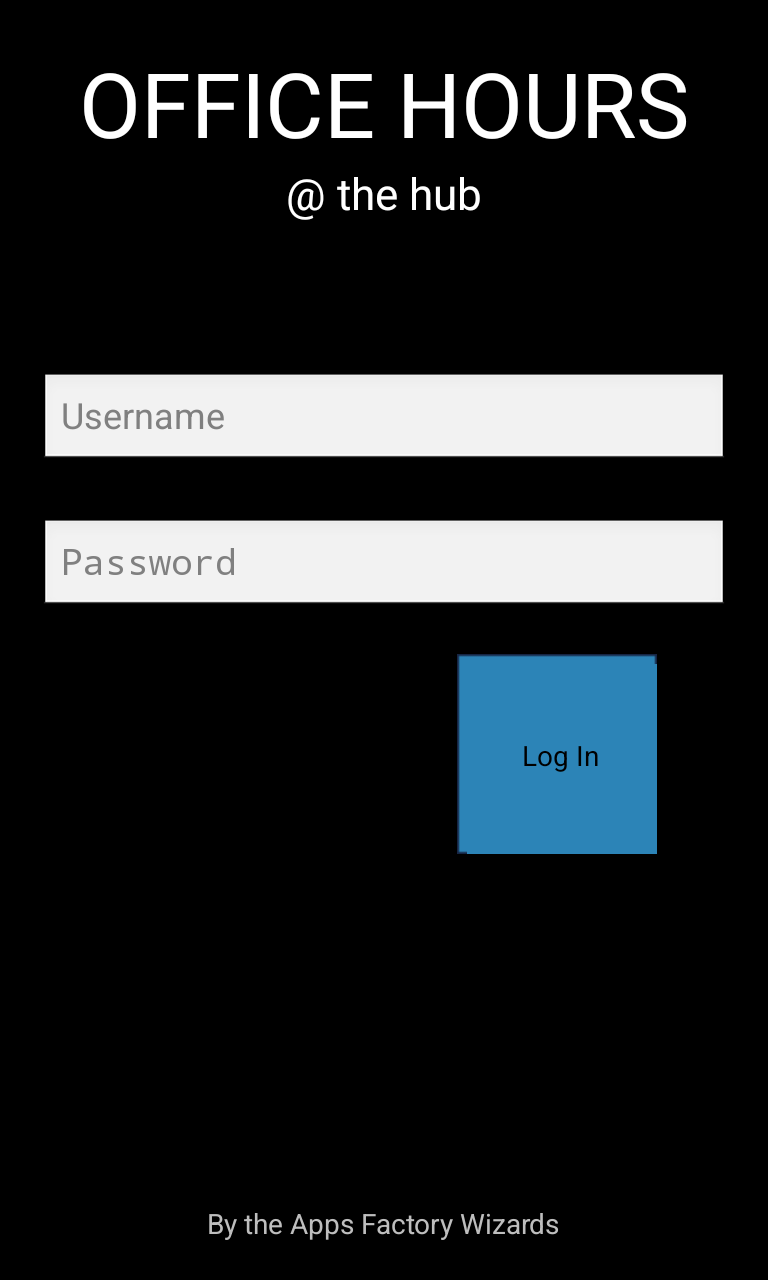
Repository: appsfactory/OfficeHours
Layout: OfficeHoursClient/res/layout/activity_log__in.xml
The author's editor kept a copy of each file at every save. The layout is drawn from the files as they stood at one save, then again after the next save.
It is drawn on a 768 x 1280 px phone screen (xhdpi) without system bars, with theme AppTheme; the app's code is not run.

Above is the layout before, as saved 2012-10-05 17:57:37.

After the next save:
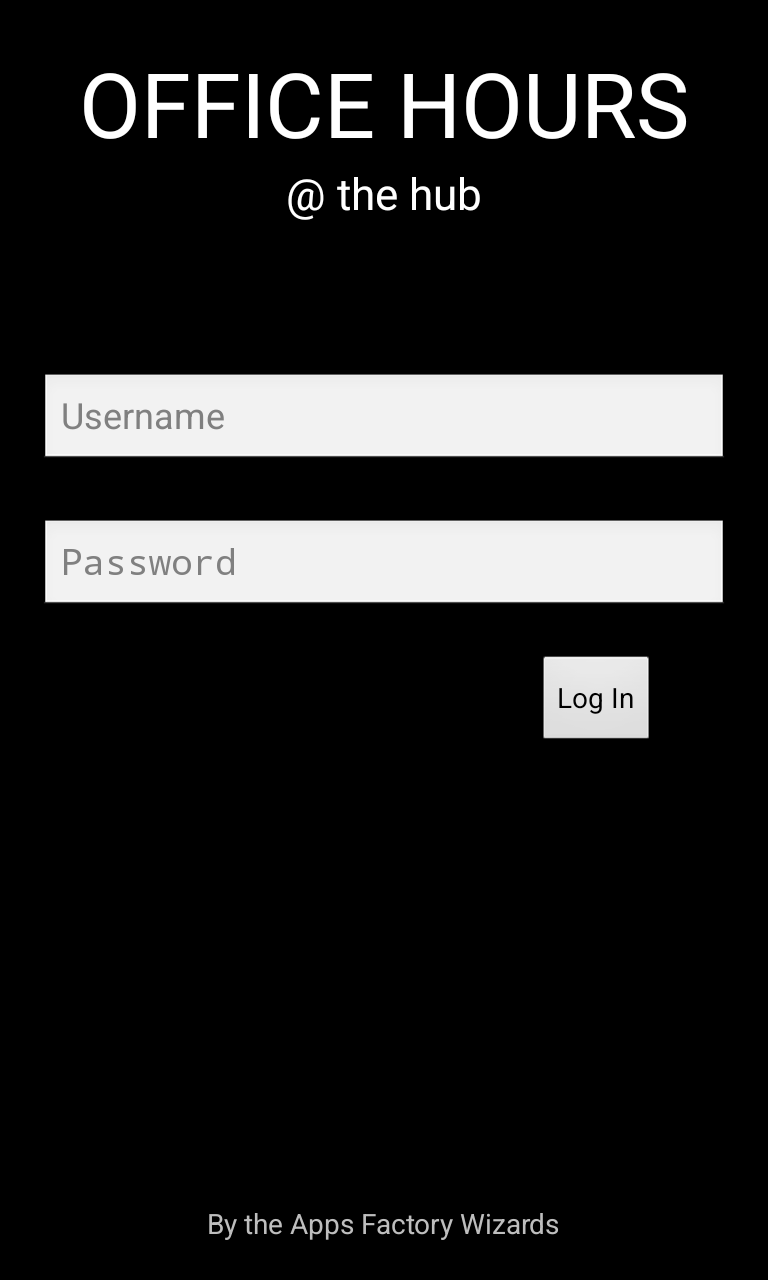
Saved 4 min 40 s later.
--- a/OfficeHoursClient/res/layout/activity_log__in.xml
+++ b/OfficeHoursClient/res/layout/activity_log__in.xml
@@ -72,7 +72,6 @@
         android:layout_below="@+id/linearLayout1"
         android:layout_marginRight="16dp"
         android:text="Log In"
-        android:onClick="logIn"
-        android:background="@drawable/button_blue" />
+        android:onClick="logIn" />
 
 </RelativeLayout>
